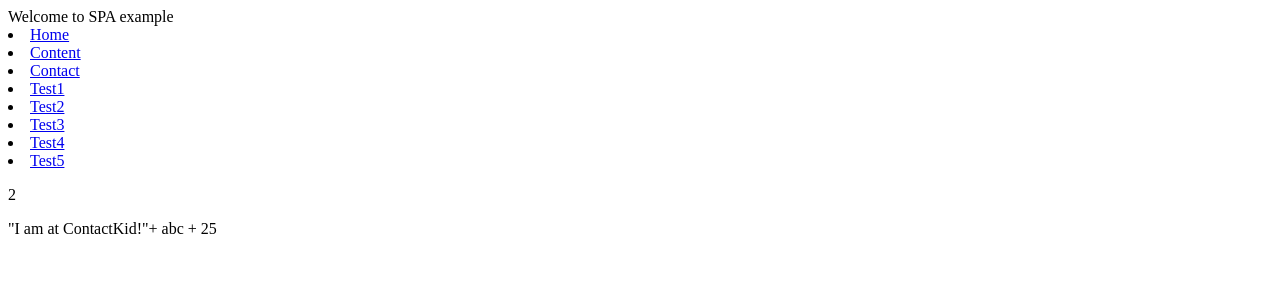
Repository: monikadhok/hoc
Page: /#/contact
An editor plug-in stored every save of this project. The page is shown before and after the next save, followed by the edit.
The browser window is 1280 px wide. The pictures show the whole page.
The project was rebuilt for these pictures with package versions that can differ from the ones it lists, and the page was loaded fresh each time. Also part of the build but not shown: src/Home.js, src/Content.js, src/Test1.js, src/Test2.js, src/testnested3111.js, src/testnested3112.js, src/testnested311.js, src/testNested31.js and 3 more.

Above is the page before, as saved 2018-10-10 15:04:40.

After the next save:
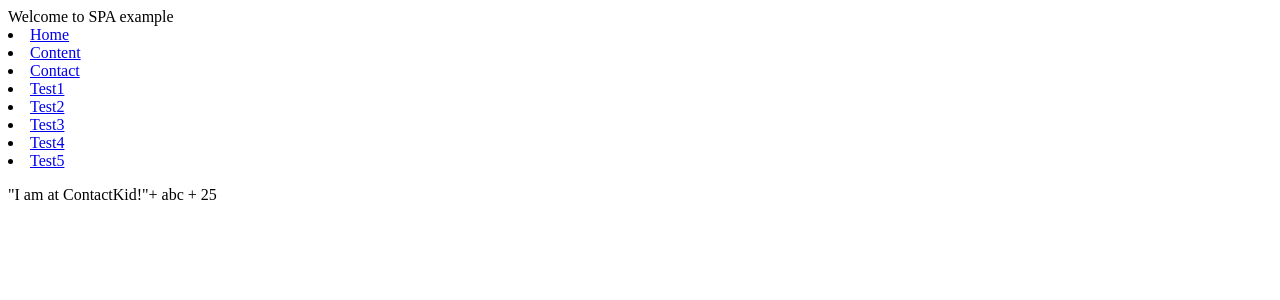
Saved 8 s later.
--- a/src/WithPerfComponent.js
+++ b/src/WithPerfComponent.js
@@ -76,19 +76,7 @@
 
         componentDidMount() {
             console.log("Tool : HOC : mounted!");
-            this.setState({ counter: 2 }, () => { console.log("Tool inside1") });
 
-            (window).addEventListener("HOCUnmounted", () => {
-                console.log("Tool : Captured event: HOCUnmounted!!");
-                this.setState({ showComponent: true }, () => { console.log("inside1") });
-                console.log("Tool : success!");
-            });
-
-            (window).addEventListener("HOCMounted", () => {
-                console.log("Tool : Captured event: HOCMounted!!");
-                this.setState({ showComponent: false }, () => { console.log("inside2") });
-                console.log("Tool : success!");
-            });
         }
     }
 

After the 3 saves that followed:
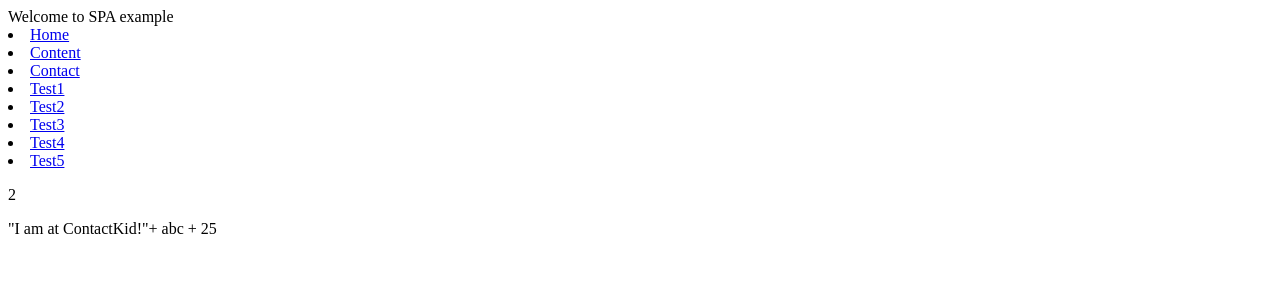
The 3 saves are shown as one change because 2 did not build or start.
The last was saved 32 s later.
--- a/src/WithPerfComponent.js
+++ b/src/WithPerfComponent.js
@@ -10,7 +10,7 @@
                 counter: true,
                 showComponent: true
             }
-            this.unmounted = this.unmounted.bind(this);
+            this.acknowledgeMount = this.acknowledgeMount.bind(this);
             this.addEventListeners = this.addEventListeners.bind(this);
             this.cleanStateAddListeners = this.cleanStateAddListeners.bind(this);
         }
@@ -74,9 +74,24 @@
             })
         }
 
+        acknowledgeMount = () => {
+            // Clean the previous components with multiple unmounts.
+            const timeout = 30000;
+            this.setState({ counter: 1 }, () => {
+              console.log("Tool : Counter incremented");
+              this.setState({ counter: 2 }, () => {
+                setTimeout(() => {
+                  console.log("Tool : Counter incremented again");
+                  console.timeStamp("HOCMounted");
+                  this.unloadTheComponent();
+                }, timeout);
+              });
+            });
+          };
+
         componentDidMount() {
             console.log("Tool : HOC : mounted!");
-
+            this.acknowledgeMount();
         }
     }
 
